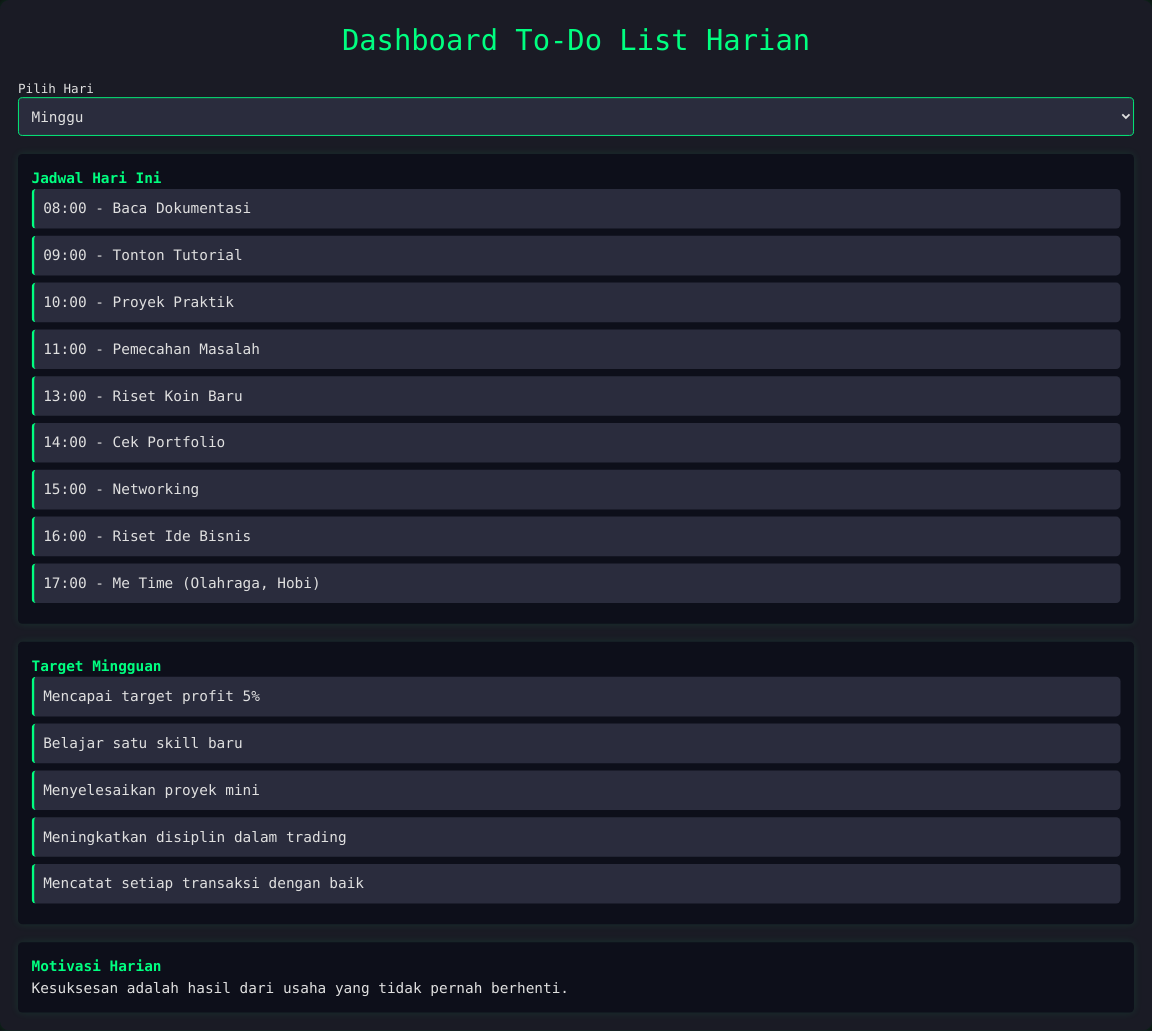
Repository: ALEX-RPL/To-Do-List
Page: index.html
These files come from the project's save history. The page is drawn as it stood at one moment and after the next save; the edit follows.
The browser window is 1280 px wide. The pictures show the whole page, at 90% of full size.
Some web libraries are served in a nearby version.

Above is the page before, as saved 2024-11-04 17:57:20.

After the next save:
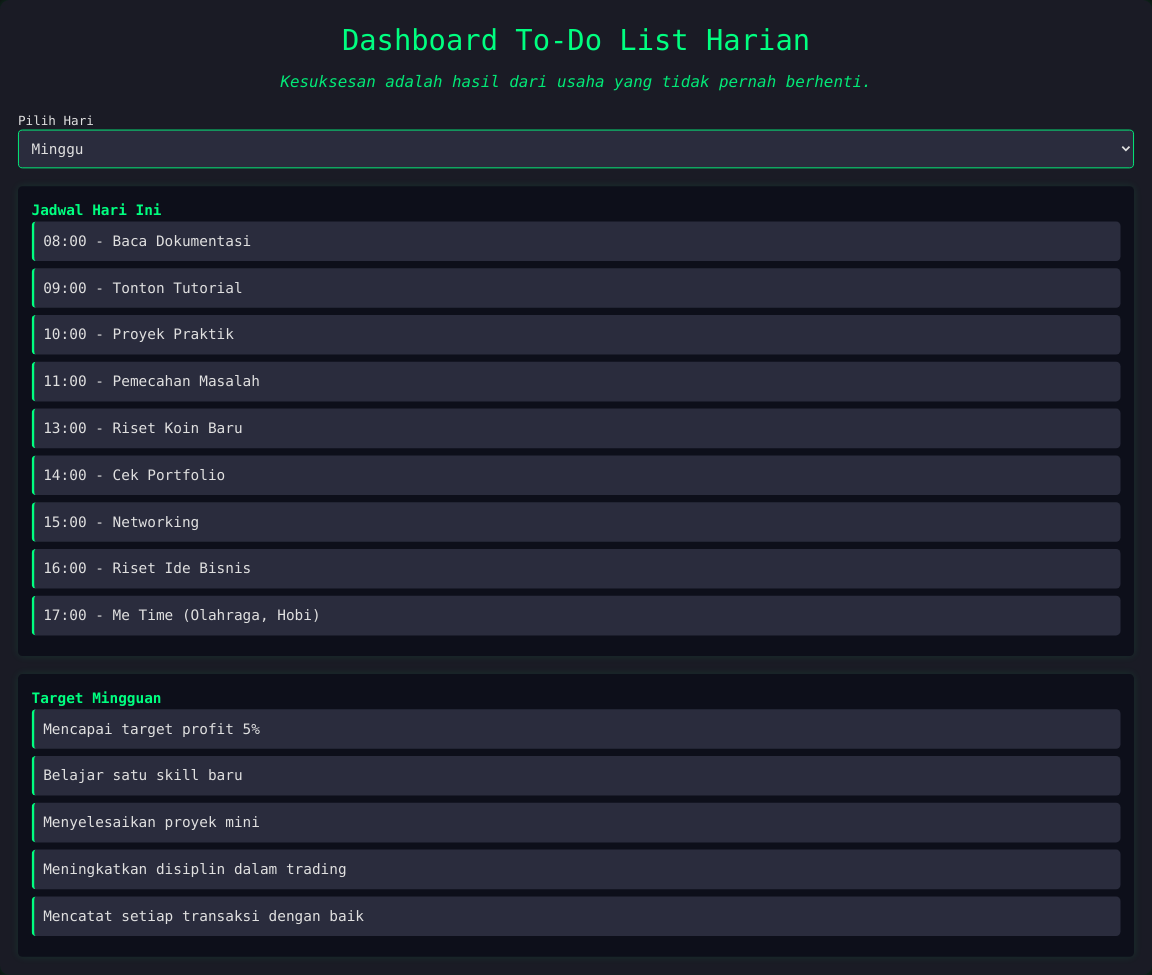
Saved 112 s later.
--- a/index.html
+++ b/index.html
@@ -23,7 +23,15 @@
             font-size: 2rem;
             color: #00ff80;
             text-align: center;
+            margin-bottom: 10px;
+        }
+        .subtitle {
+            font-size: 1.1rem;
+            color: #00ff80;
+            text-align: center;
             margin-bottom: 20px;
+            font-style: italic;
+            opacity: 0.9;
         }
         .day-select {
             background-color: #2a2c3d;
@@ -70,6 +78,7 @@
 
 <div class="container">
     <h1 class="title">Dashboard To-Do List Harian</h1>
+    <p id="motivation-text" class="subtitle"></p>
 
     <div class="mb-4">
         <label for="day-select" class="block text-sm font-medium">Pilih Hari</label>
@@ -93,11 +102,6 @@
         <h2 class="highlight">Target Mingguan</h2>
         <ul id="goals-list"></ul>
     </div>
-
-    <div class="card">
-        <h2 class="highlight">Motivasi Harian</h2>
-        <p id="motivation-text"></p>
-    </div>
 </div>
 
 <script>
